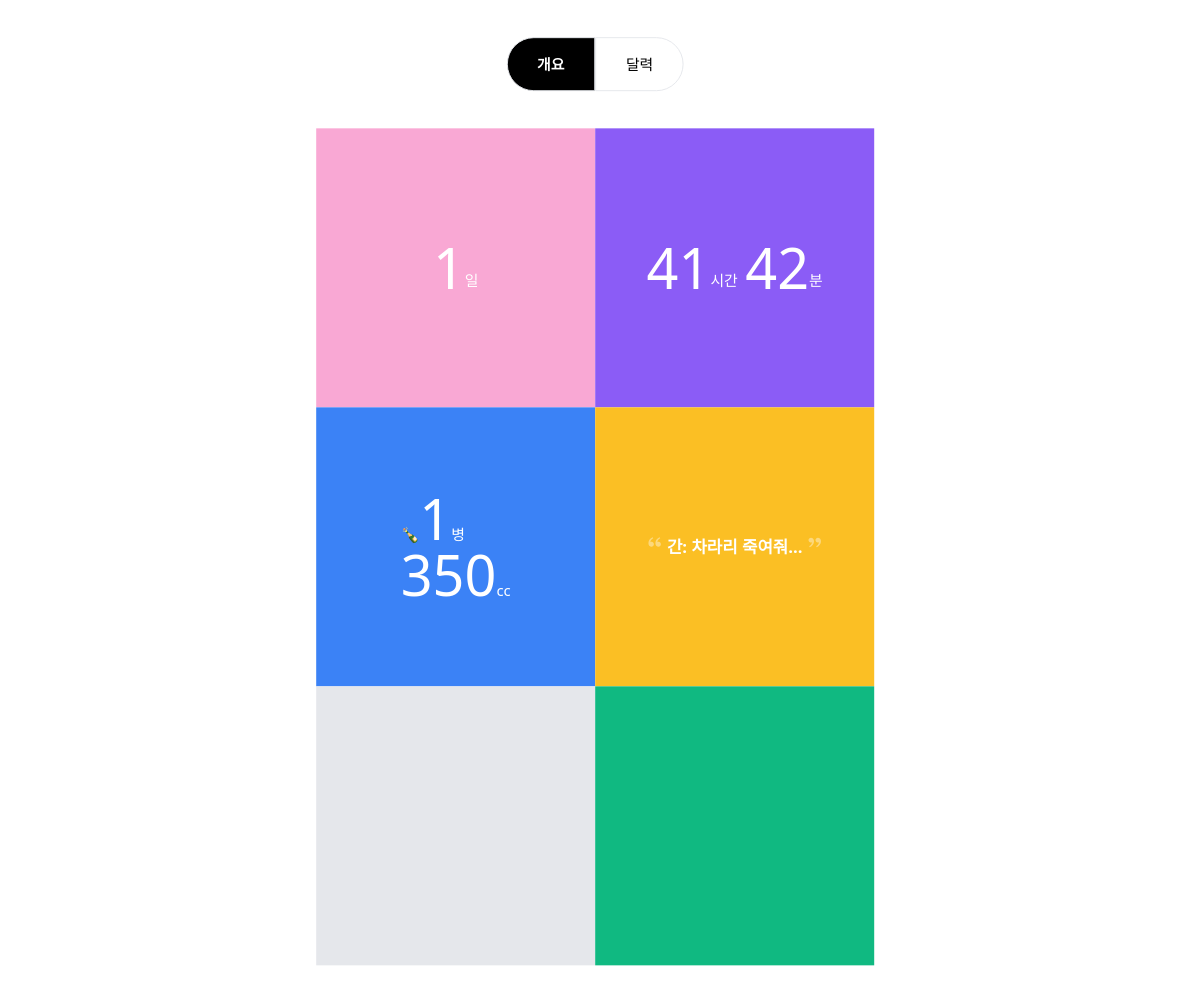
Repository: honey-punch/my-alcohol
Page: /
These files come from the project's save history. The page is drawn as it stood at one moment and after the next save; the edit follows.
The browser window is 1280 px wide. The pictures show the whole page, at 93% of full size.
The project was rebuilt for these pictures with package versions that can differ from the ones it lists, and the page was loaded fresh each time. The framework's server and built-in components were replaced by stand-ins that run in the browser. Also part of the build but not shown: next.config.ts, src/app/_component/Calendar.tsx.

Above is the page before, as saved 2025-02-10 16:24:32.

After the next save:
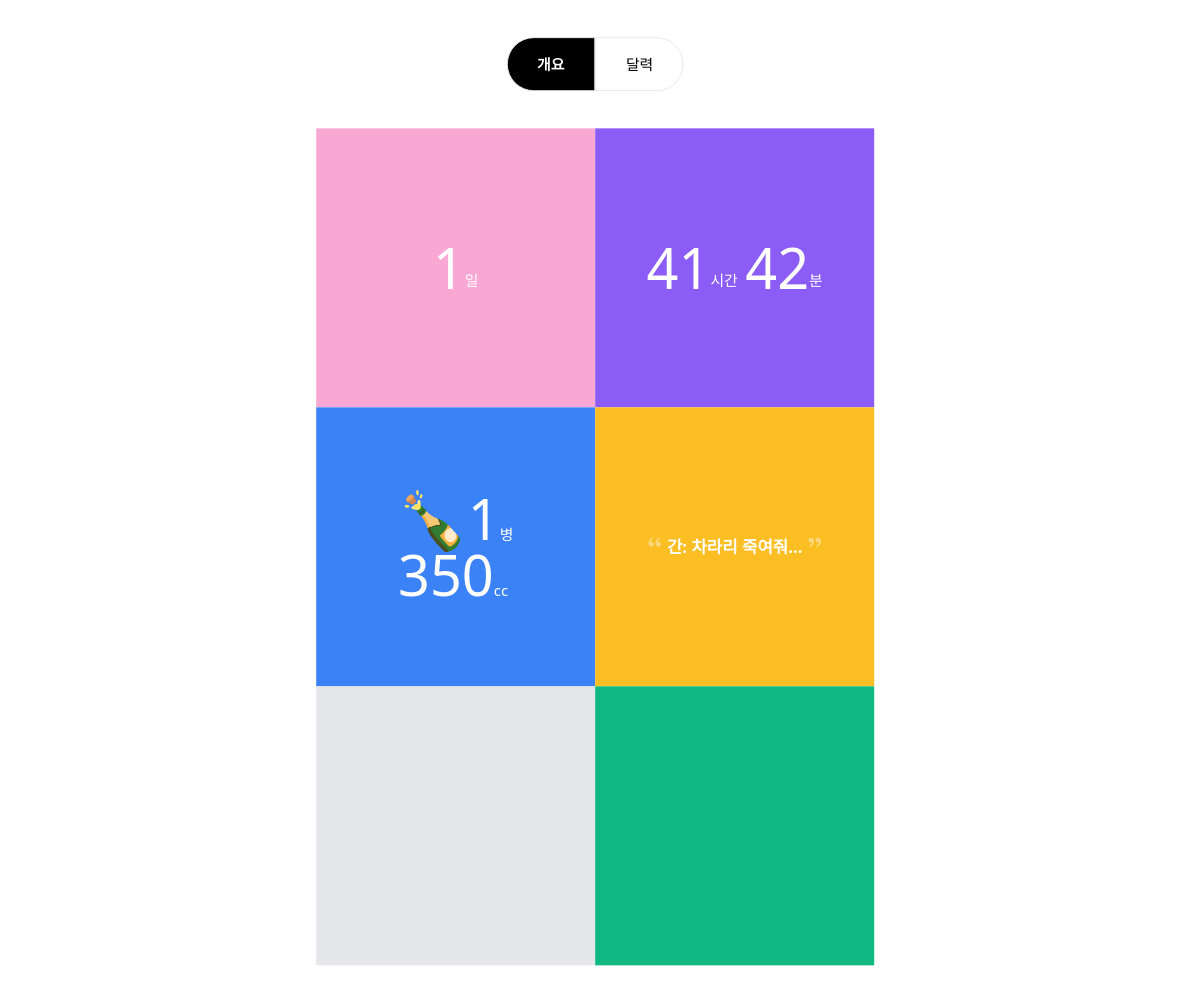
Saved 10 s later.
--- a/src/app/_component/Summary.tsx
+++ b/src/app/_component/Summary.tsx
@@ -67,7 +67,7 @@ export default function Summary() {
       >
         <div className="flex flex-col">
           <div>
-            <span>🍾</span>
+            <span className="text-6xl">🍾</span>
             <span className="text-6xl">{ex.soju}</span>
             <span className="mt-7">병</span>
           </div>
